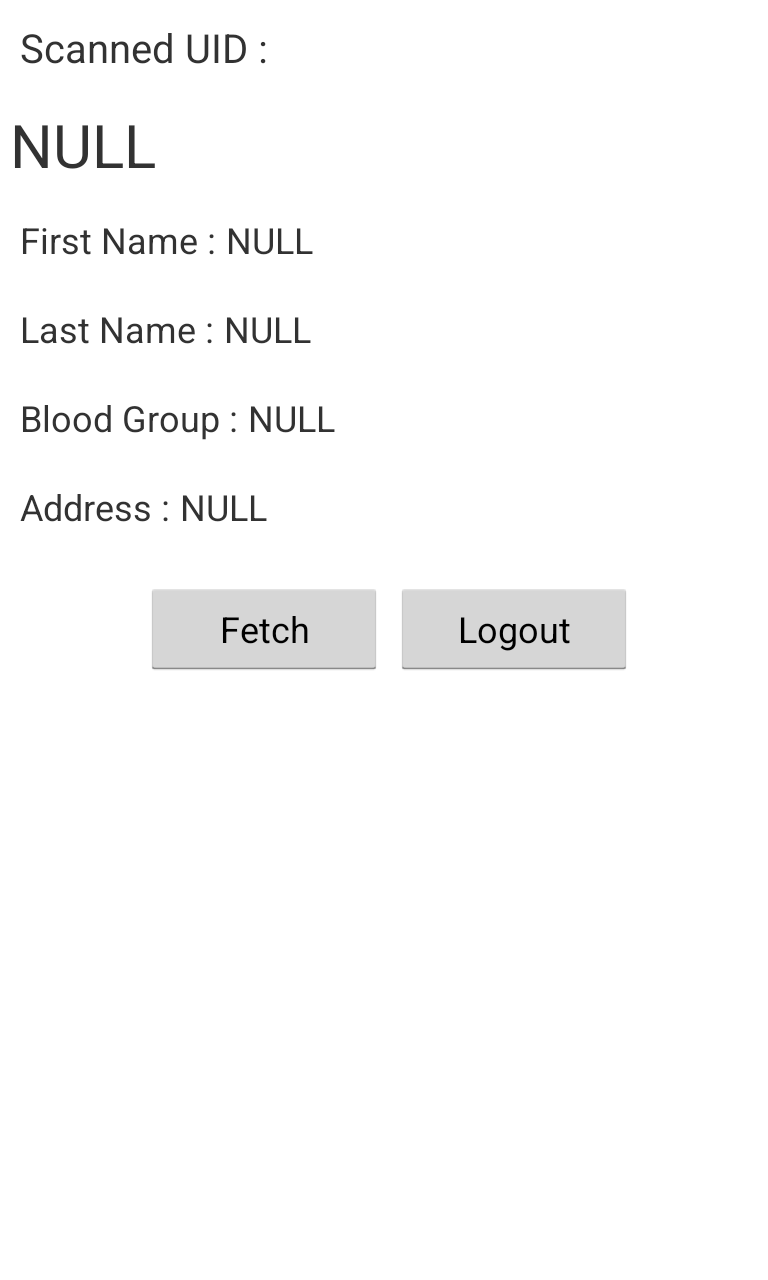
Repository: LennoxAlexion/UID
Layout: Android App/Uid-Project/res/layout/activity_qr_result.xml
These files come from the project's save history. The layout is drawn as it stood at one moment and after the next save; the edit follows.
It is drawn on a 768 x 1280 px phone screen (xhdpi) without system bars, with theme AppTheme; the app's code is not run.

Above is the layout before, as saved 2015-03-29 07:06:50.

### Android App/Uid-Project/res/layout/activity_qr_result.xml
<?xml version="1.0" encoding="utf-8"?>
<LinearLayout xmlns:android="http://schemas.android.com/apk/res/android"
    android:layout_width="match_parent"
    android:layout_height="match_parent"
    android:orientation="vertical"
>

    <TextView
        android:layout_width="wrap_content"
        android:layout_height="wrap_content"
        android:text="Scanned UID : "
        android:layout_margin="10dp"
        android:textSize="20dp" />

    <TextView
        android:id="@+id/TextView_ScannedCode"
        android:layout_width="wrap_content"
        android:layout_height="wrap_content"
        android:text="NULL"
        android:layout_margin="5dp"
        android:textSize="30dp" />


    <LinearLayout
        android:layout_width="fill_parent"
        android:layout_height="wrap_content"
        android:layout_margin="5dp"
        android:orientation="horizontal"
        android:padding="5dp" >

        <TextView
            android:layout_width="wrap_content"
            android:layout_height="wrap_content"
            android:text="First Name :"
            android:textSize="18dp" />

        <TextView
            android:id="@+id/TextView_qr_result_FirstName"
            android:layout_width="wrap_content"
            android:layout_height="wrap_content"
            android:layout_marginLeft="5dp"
            android:text="NULL"
            android:textSize="18dp" />
    </LinearLayout>

    <LinearLayout
        android:layout_width="fill_parent"
        android:layout_height="wrap_content"
        android:layout_margin="5dp"
        android:orientation="horizontal"
        android:padding="5dp" >

        <TextView
            android:layout_width="wrap_content"
            android:layout_height="wrap_content"
            android:text="Last Name :"
            android:textSize="18dp" />

        <TextView
            android:id="@+id/TextView_qr_result_LastName"
            android:layout_width="wrap_content"
            android:layout_height="wrap_content"
            android:layout_marginLeft="5dp"
            android:text="NULL"
            android:textSize="18dp" />
    </LinearLayout>

    <LinearLayout
        android:layout_width="fill_parent"
        android:layout_height="wrap_content"
        android:layout_margin="5dp"
        android:orientation="horizontal"
        android:padding="5dp" >

        <TextView
            android:layout_width="wrap_content"
            android:layout_height="wrap_content"
            android:text="Blood Group :"
            android:textSize="18dp" />

        <TextView
            android:id="@+id/TextView_qr_result_BloodGroup"
            android:layout_width="wrap_content"
            android:layout_height="wrap_content"
            android:layout_marginLeft="5dp"
            android:text="NULL"
            android:textSize="18dp" />
    </LinearLayout>

    <LinearLayout
        android:layout_width="fill_parent"
        android:layout_height="wrap_content"
        android:layout_margin="5dp"
        android:orientation="horizontal"
        android:padding="5dp" >

        <TextView
            android:layout_width="wrap_content"
            android:layout_height="wrap_content"
            android:text="Address :"
            android:textSize="18dp" />

        <TextView
            android:id="@+id/TextView_qr_result_Address :"
            android:layout_width="wrap_content"
            android:layout_height="wrap_content"
            android:layout_marginLeft="5dp"
            android:text="NULL"
            android:textSize="18dp" />
    </LinearLayout>
    <LinearLayout
        android:layout_width="fill_parent"
        android:layout_height="wrap_content"
        android:layout_gravity="center_horizontal"
        android:layout_margin="5dp"
        android:gravity="center"
        android:orientation="horizontal"
        android:padding="5dp" >

        <Button
            android:id="@+id/Button_qr_result_Fetch"
            android:layout_width="120dp"
            android:layout_height="wrap_content"
            android:layout_margin="5dp"

            android:text="Fetch" />

        <Button
            android:id="@+id/Button_Logout"
            android:layout_width="120dp"
            android:layout_height="wrap_content"

            android:text="Logout" />

    </LinearLayout>



</LinearLayout>

Loaded but not shown: Android App/Uid-Project/res/values/styles.xml (common file); Android App/Uid-Project/res/values-v11/styles.xml (common file); Android App/Uid-Project/res/values-v14/styles.xml (common file); Android App/Uid-Project/res/values-v21/styles.xml (common file)

After the next save:
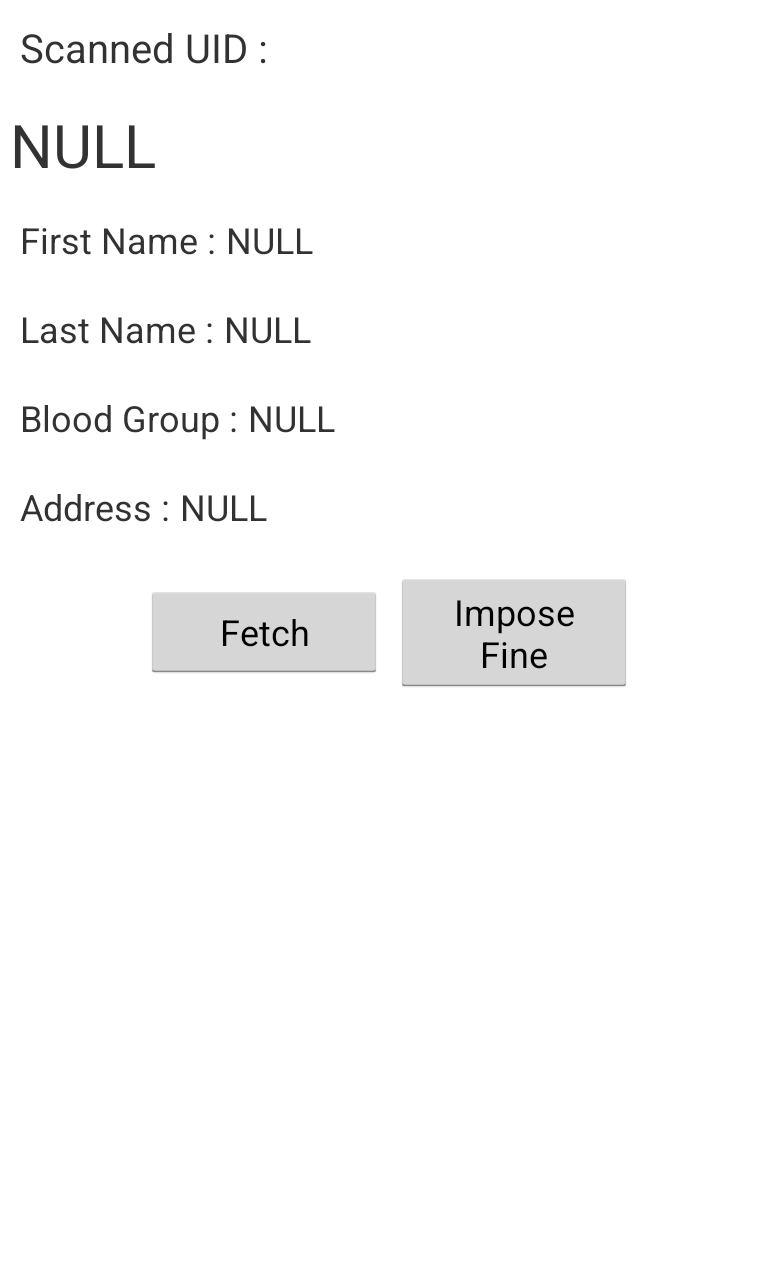
Saved 2 min 27 s later.
--- a/Android App/Uid-Project/res/layout/activity_qr_result.xml
+++ b/Android App/Uid-Project/res/layout/activity_qr_result.xml
@@ -126,11 +126,11 @@
             android:text="Fetch" />
 
         <Button
-            android:id="@+id/Button_Logout"
+            android:id="@+id/Button_qr_result_ImposeFine"
             android:layout_width="120dp"
             android:layout_height="wrap_content"
 
-            android:text="Logout" />
+            android:text="Impose Fine" />
 
     </LinearLayout>
 
